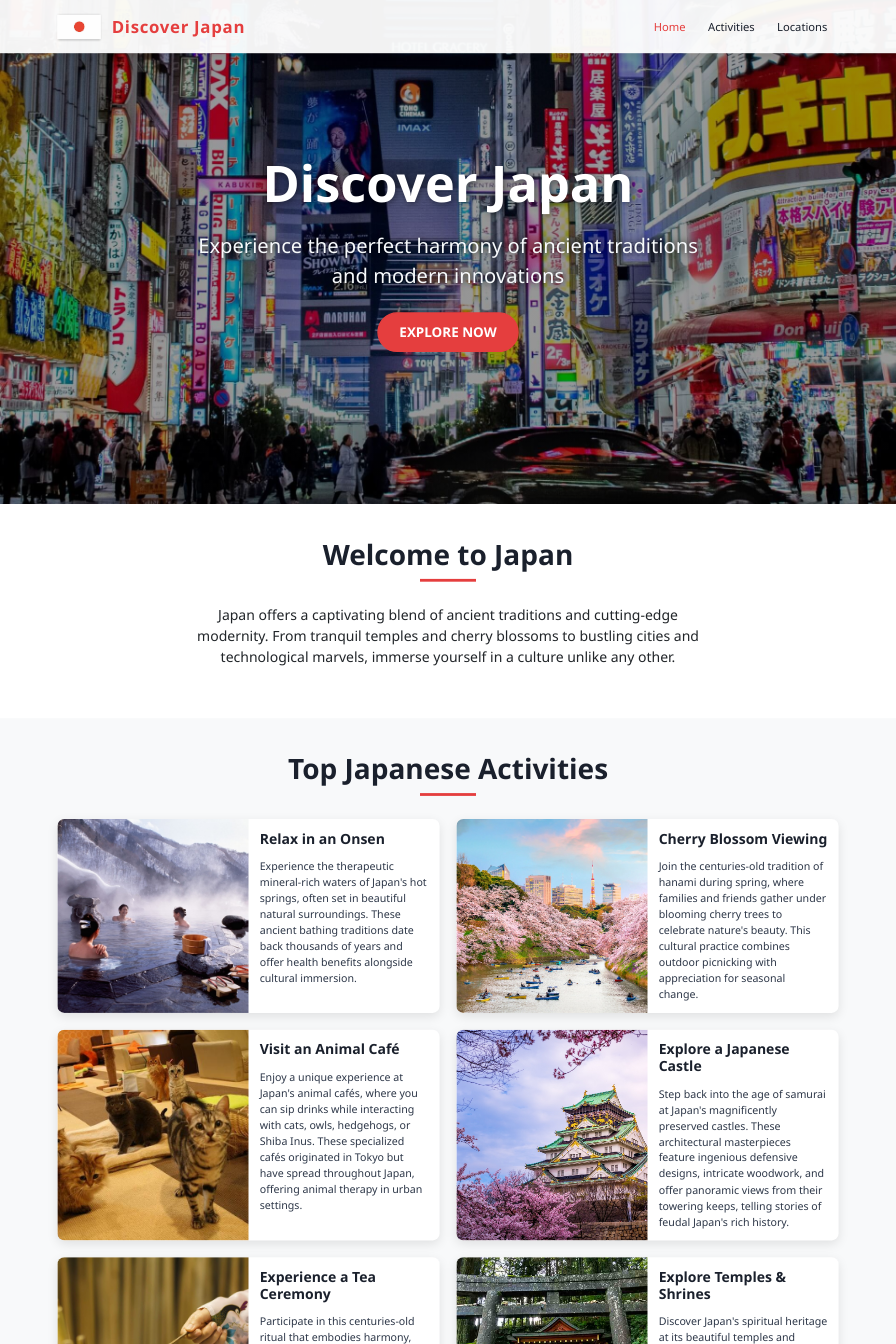
Repository: urielaracena/softwareDev
Page: project1/project1.html
An editor plug-in stored every save of this project. The page is shown before and after the next save, followed by the edit.
The browser window is 1280 px wide. The pictures show the part of the page from y = 0 to 1920 px (the page is 3520 px tall), at 70% of full size.
A picture or video elsewhere on the page could not be fetched, so the positions and the page height are approximate. Backgrounds fixed to the window are drawn as part of the page.

Above is the page before, as saved 2025-04-20 07:51:21.

After the next save:
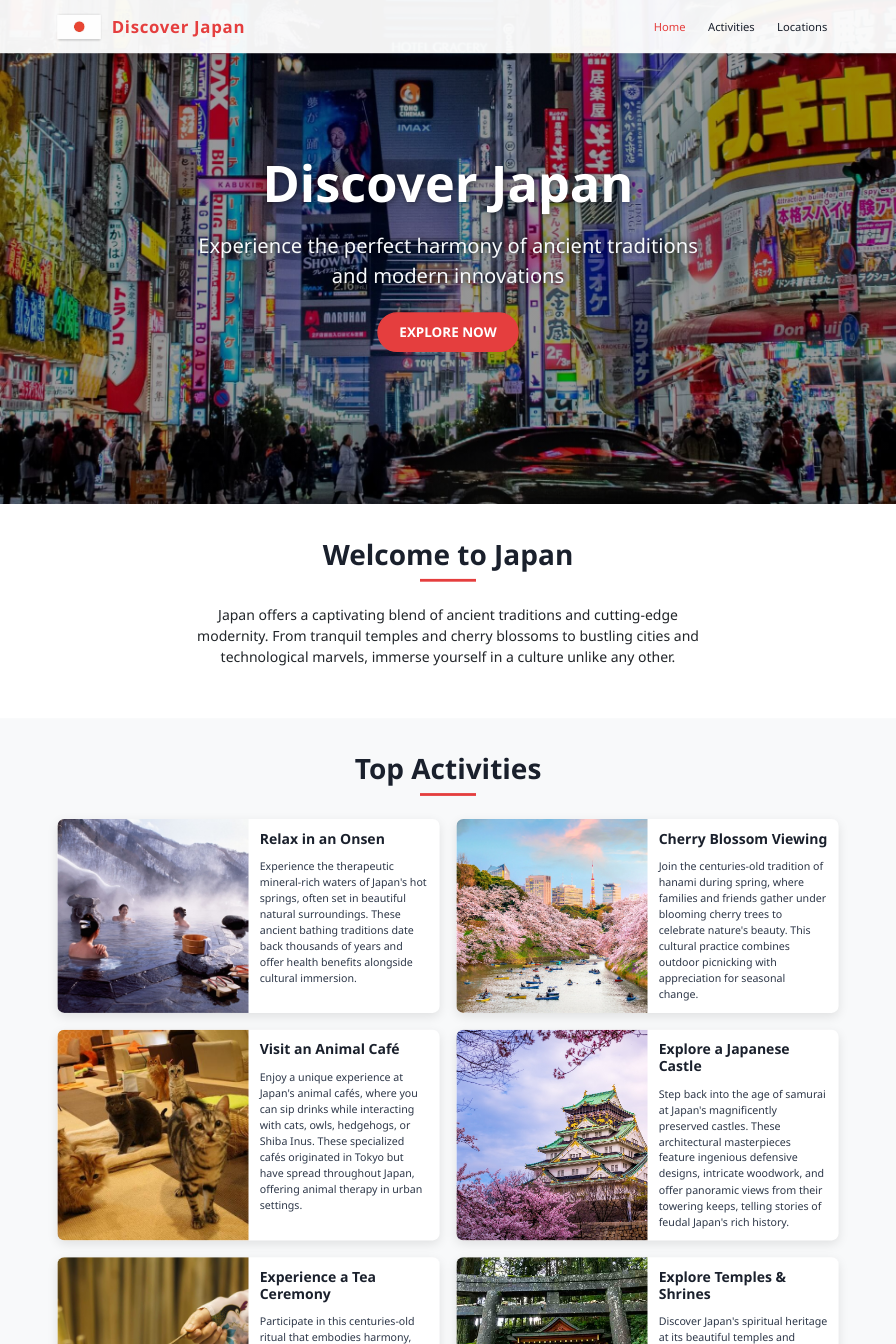
Saved 6 min 19 s later.
--- a/project1/project1.html
+++ b/project1/project1.html
@@ -59,7 +59,7 @@
     <!-- Activities Section -->
     <section id="activities" class="category-section py-5">
         <div class="container">
-            <h2 class="section-title mb-5">Top Japanese Activities</h2>
+            <h2 class="section-title mb-5">Top Activities</h2>
             <div class="row g-4">
                 <div class="col-lg-6">
                     <div class="card h-100">
